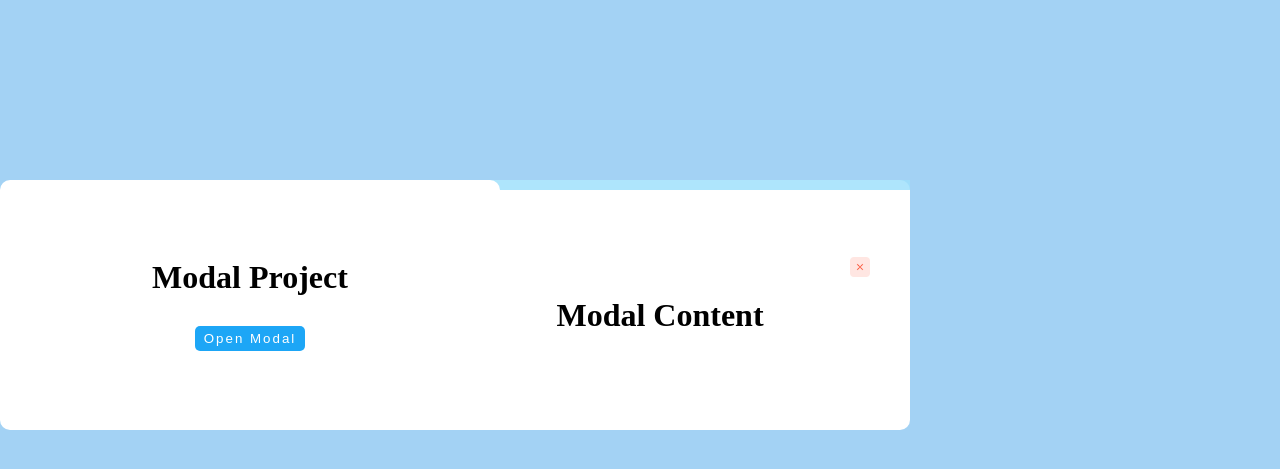
Repository: Trapti10/20-js-practice-projects-in-7-days-challenge
Page: Project_4_Modal_Project/index.html
An editor plug-in stored every save of this project. The page is shown before and after the next save, followed by the edit.
The browser window is 1280 px wide. The pictures show the whole page.

Above is the page before, as saved 2025-11-24 14:08:20.

After the next save:
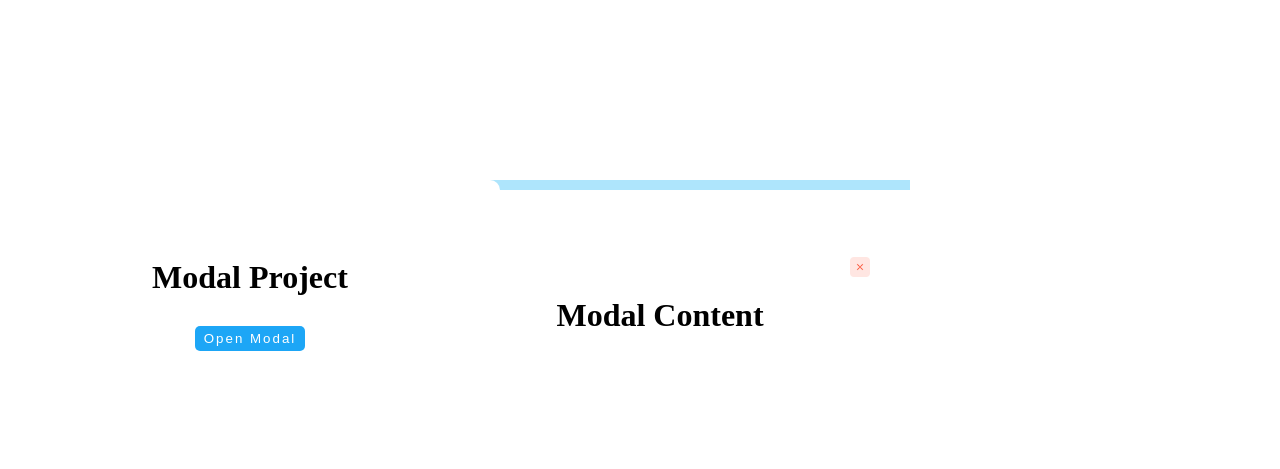
Saved 12 s later.
--- a/Project_4_Modal_Project/style.css
+++ b/Project_4_Modal_Project/style.css
@@ -52,7 +52,7 @@
 }
 
 .modal-overlay{
-    background: rgba(73, 166, 233, 0.5);
+    /* background: rgba(73, 166, 233, 0.5); */
     position: fixed;
     top: 0;
     left: 0;

After the save that followed:
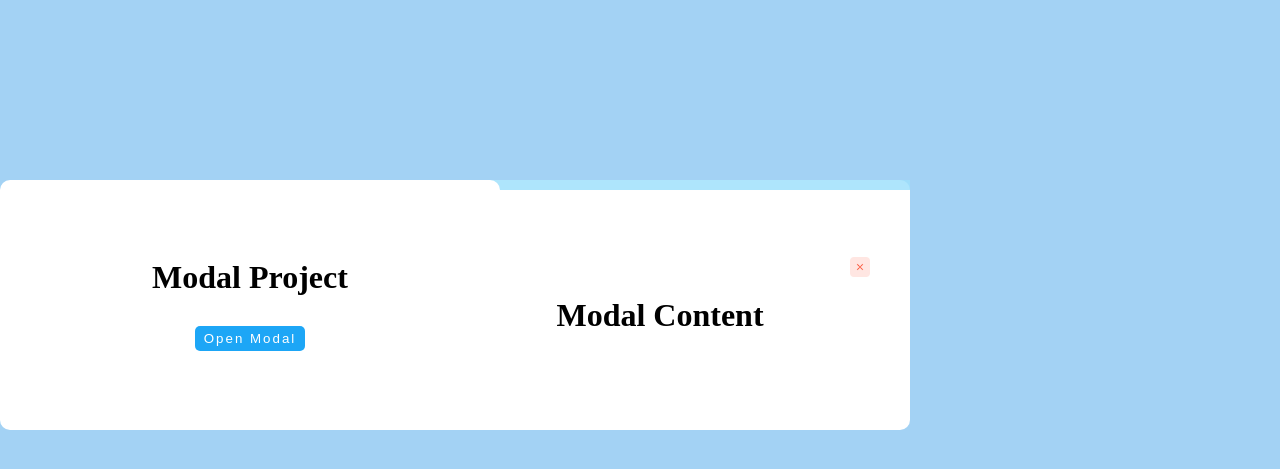
Saved 86 s later.
--- a/Project_4_Modal_Project/style.css
+++ b/Project_4_Modal_Project/style.css
@@ -52,7 +52,7 @@
 }
 
 .modal-overlay{
-    /* background: rgba(73, 166, 233, 0.5); */
+    background: rgba(73, 166, 233, 0.5);
     position: fixed;
     top: 0;
     left: 0;
